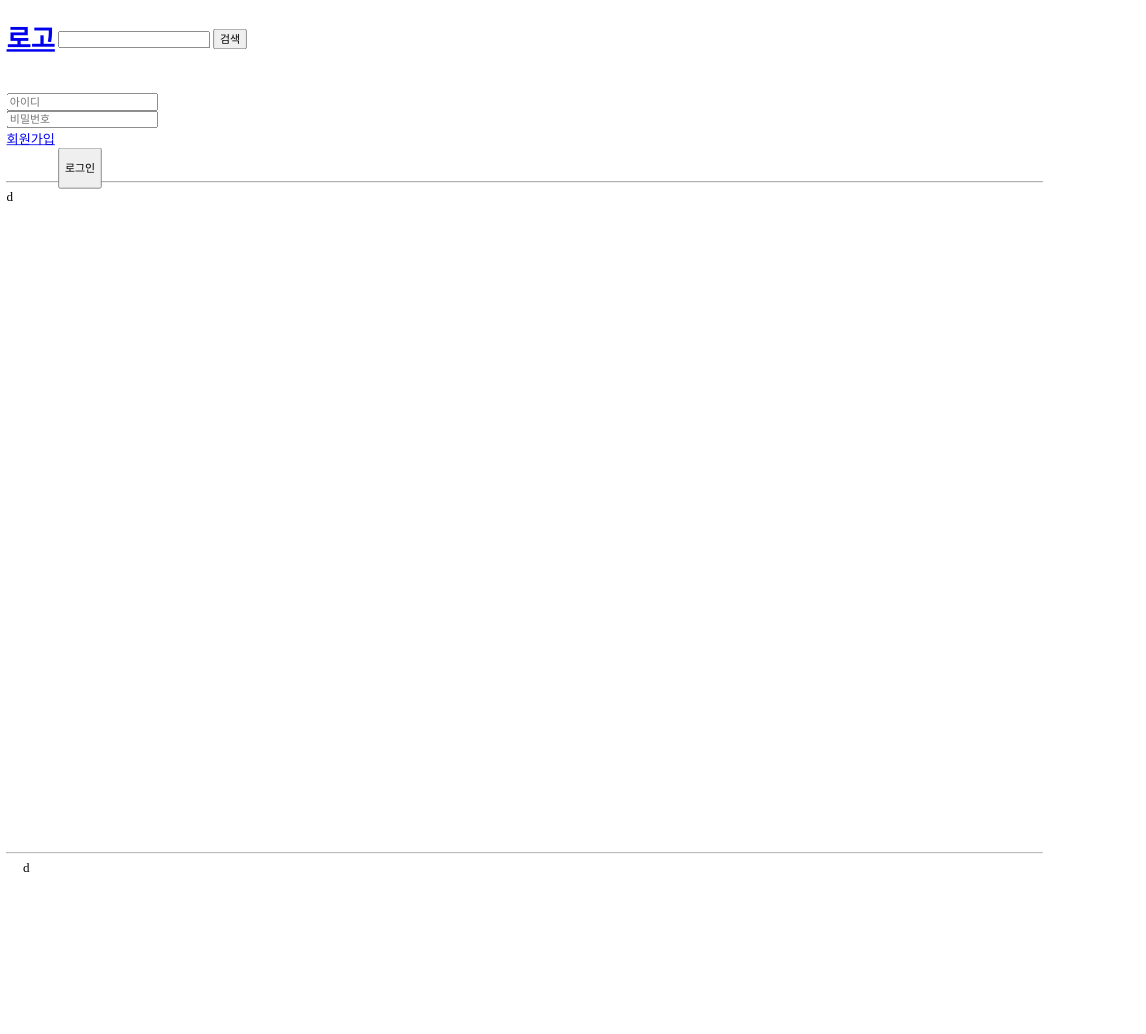
Repository: whtpdnd/Project
Page: http://localhost/Music/
An editor plug-in stored every save of this project. The page is shown before and after the next save, followed by the edit.
The browser window is 1280 px wide. The page is 1335 px wide, then 1398 px, so the pictures cover 1398 px, including what lies to the right of the window. The pictures show the whole page, at 82% of full size.
The page is served by Tomcat 9.

Above is the page before, as saved 2022-11-23 10:15:52.

After the next save:
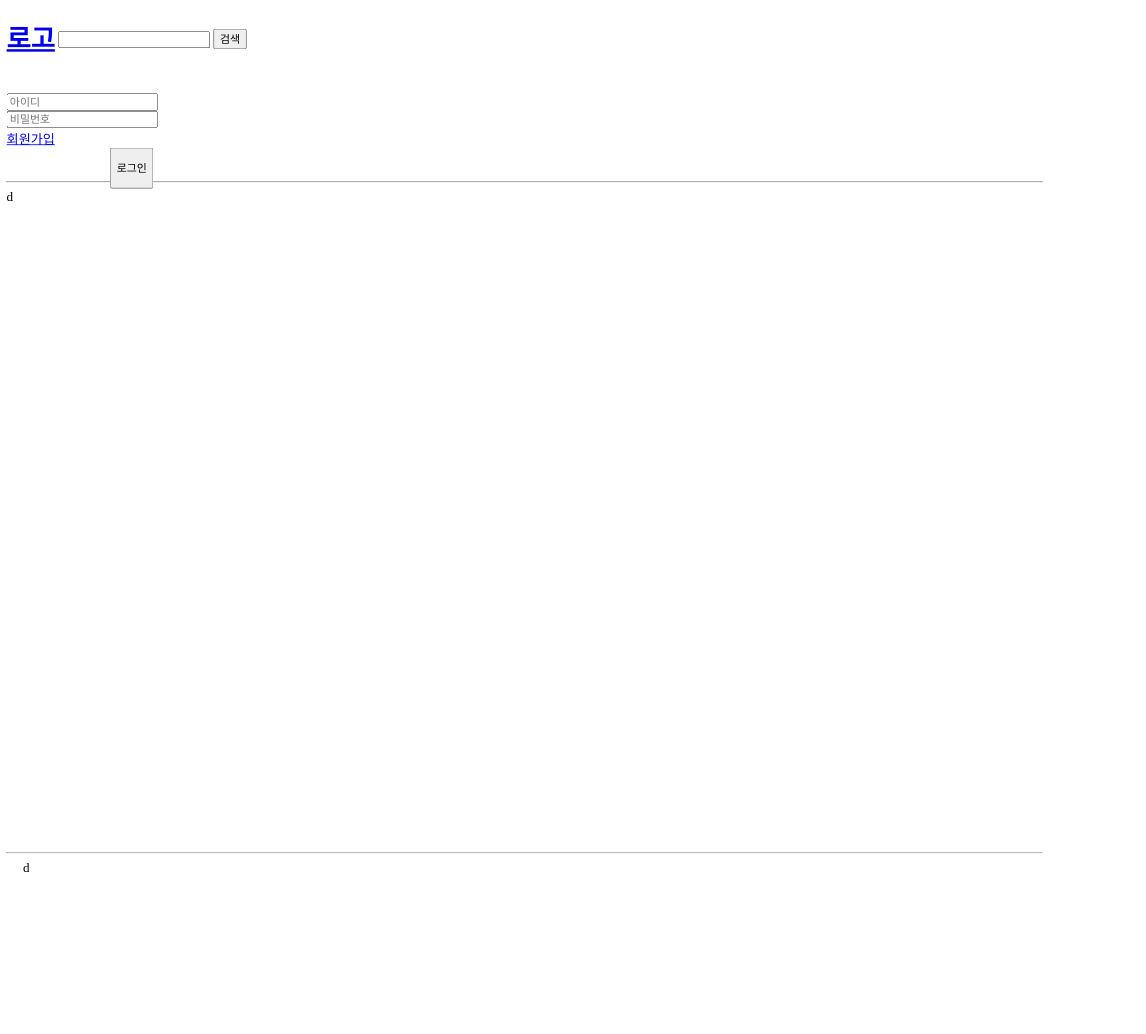
Saved 6 s later.
--- a/project02/Music/WebContent/css/style.css
+++ b/project02/Music/WebContent/css/style.css
@@ -9,7 +9,7 @@
 .button
 {
 	position: relative;
-	right:-5%;
+	right:-10%;
 }
 .body
 {
